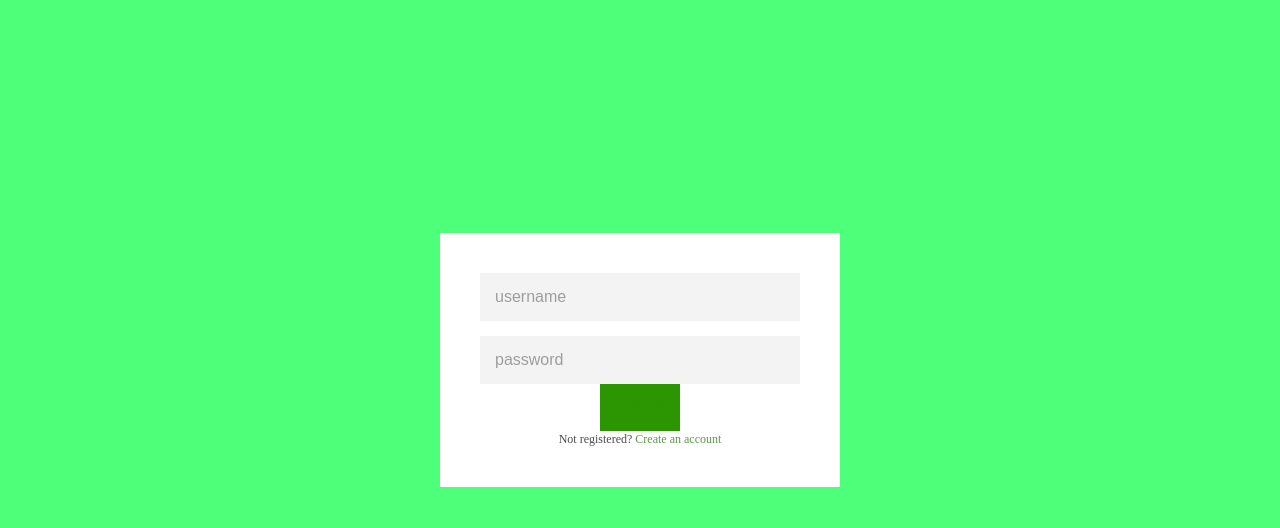
Repository: taka-sama/HTML-CSS-JS
Page: web00-lite/ex2/public_html/index.html
These files come from the project's save history. The page is drawn as it stood at one moment and after a run of saves; the edit follows.
The browser window is 1280 px wide. The pictures show the whole page.
The style sheet was rebuilt from its Sass, Less or Tailwind sources for each picture, by a compiler version that may differ from the author's.

Above is the page before, as saved 2022-01-04 18:34:26.

After the next 2 saves:
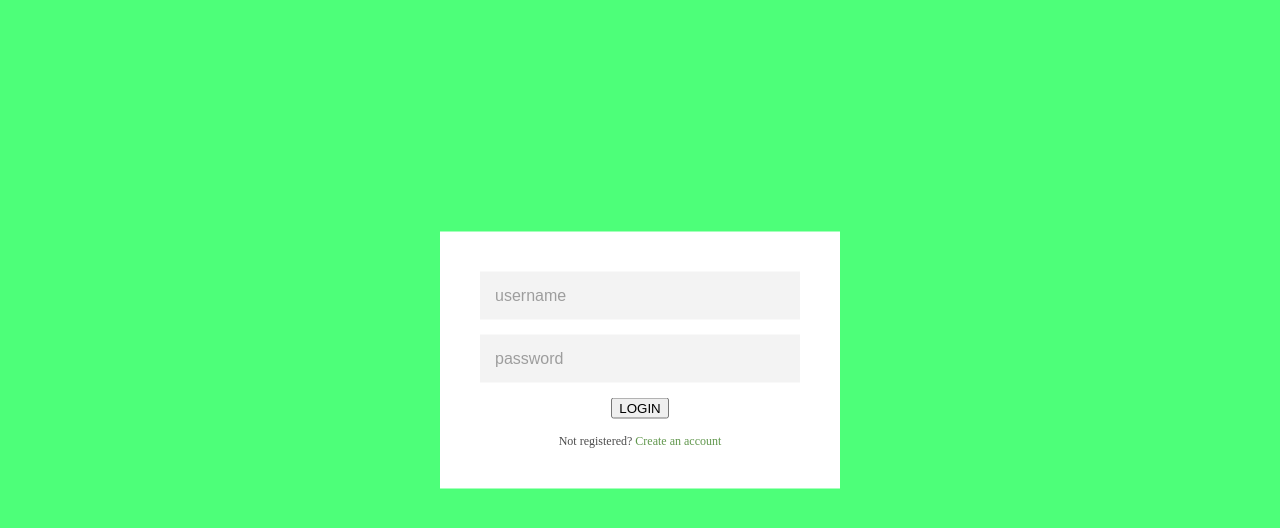
The 2 saves are shown as one change because they came seconds apart.
The last was saved 47 s later.
--- a/web00-lite/ex2/public_html/index.html
+++ b/web00-lite/ex2/public_html/index.html
@@ -22,7 +22,7 @@
           </form>
         </li>
         <li class="list-content">
-          <a href="#" class="content-button">LOGIN</a>
+          <button href="#" class="content-button">LOGIN</>
         </li>
         <!-- <li class="list-content">
           <p>Not registered? <a href="#">Create an account</a></p>
